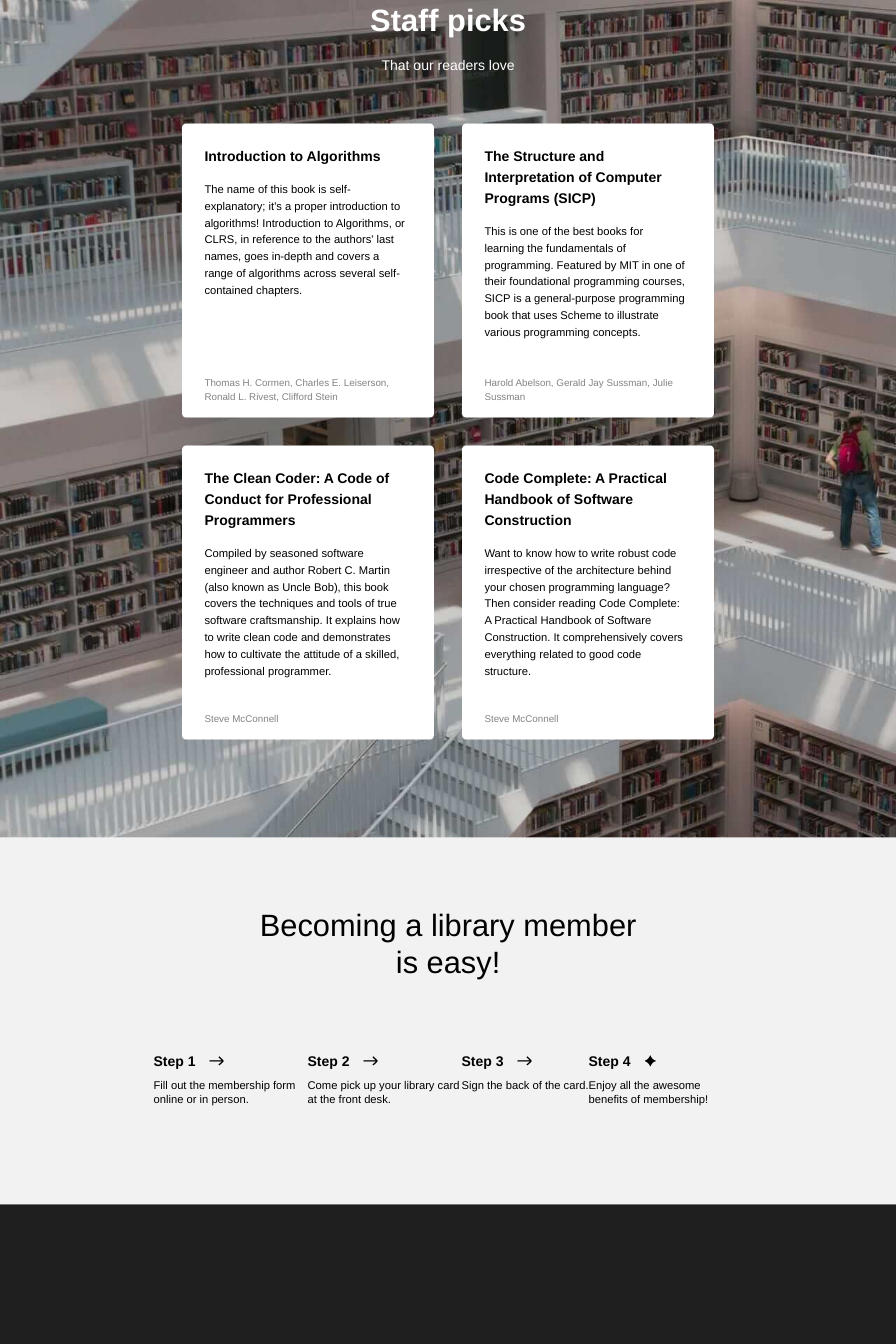
Repository: MWilliams-26/se_project_library
Page: index.html
The author's editor kept a copy of each file at every save. The page is drawn from the files as they stood at one save, then again after the next save.
The browser window is 1280 px wide. The pictures show the part of the page from y = 1642 to 3562 px (the page is 3562 px tall), at 70% of full size.

Above is the page before, as saved 2023-04-03 23:22:12.

### index.html
<!DOCTYPE html>
<html lang="en">
  <head>
    <meta charset="UTF-8" />
    <meta name="viewport" content="width=device-width, initial-scale=1.0" />
    <title>Practicum Library</title>
    <link rel="shortcut icon" href="favicon.ico" />
    <link rel="stylesheet" href="./styles/normalize.css" />
    <link rel="stylesheet" href="./styles/style.css" />
  </head>

  <body>
    <!-- Wrap the entire page content in a new div with the page class. Remember to add the closing tag -->
    <div class="page">
      <header class="header">
        <nav class="nav">
          <img
            src="./images/logo.png"
            alt="Practicum Library Logo"
            class="logo"
          />
          <!-- Putting navigation links in a list is supposed to be the best practice of writing the semantic code since it allows screen readers to pause between each link instead of reading all the links as a sentence. -->
          <ul class="nav__links">
            <li>
              <a class="nav__link">Staff picks</a>
            </li>
            <li>
              <a class="nav__link">Events</a>
            </li>
            <li>
              <a class="nav__link">Become a member</a>
            </li>
            <li>
              <a class="nav__link">About</a>
            </li>
            <li>
              <a class="nav__link">Contacts</a>
            </li>
          </ul>
        </nav>
        <h1 class="header__title">Welcome to the Practicum Library</h1>
        <p class="header__description">
          We're pleased to open our library doors to everyone! Come and expand
          your development knowledge, or just use this lovely spot to work or
          study. This is a cool place for cool students!
        </p>
        <!-- ----------------------------------------------------------------- -->
        <!--               Don't uncomment until project stage 2               -->
        <!-- ----------------------------------------------------------------- -->
        <img
          src="./images/inside_the_library.png"
          alt="Illustration 'Inside the library'"
          class="header__image"
        />
        <div class="header__footer">
          <a class="header__link">About the library &darr;</a>
          <p class="header__address">
            200 Success Avenue, The Town of Practicum
          </p>
        </div>
      </header>

      <main class="content">
        <section class="events">
          <div class="events__content">
            <h2 class="events__heading">Upcoming events:</h2>
            <h3 class="events__title">
              In honor of Joan Feynman: Women in astrophysics
            </h3>
            <div class="event-info events__info-section">
              <div class="event-info__item">
                <div
                  class="event-info__icon event-info__icon_type_calendar"
                ></div>
                <p class="event-info__text">Mon, January 12</p>
              </div>
              <div class="event-info__item">
                <div class="event-info__icon event-info__icon_type_pin"></div>
                <p class="event-info__text">
                  Practicum Library Conference Hall & Online
                </p>
              </div>
            </div>
            <p class="events__description">
              At this event, which celebrates the library's namesake, our guest
              lecturer will take us on a journey exploring some of the most
              prominent female researchers in the world of space science. It's
              easy to buy into the misconception that this field was mostly
              dominated by men, but our lecture aims to change that notion and
              prove that this hasn't been the case since at least the 18th
              century.
            </p>
            <a href="#" class="events__more">More events &rarr;</a>
          </div>
          <div class="events__cover">
            <img
              class="events__image"
              src="images/cafe.png"
              alt="events image"
            />
            <div class="person person_name_feynman">
              <p class="person__caption">Joann Feynman</p>
              <img
                class="person__image person__image_size_l"
                src="images/person_feynman.png"
                alt="Joann Feyman"
              />
            </div>
            <div class="person person_name_burbidge">
              <p class="person__caption">Margaret Burbidge</p>
              <img
                class="person__image person__image_size_m"
                src="images/person_burbidge.png"
                alt="Margaret Burbidge"
              />
            </div>
            <div class="person person_name_cannon">
              <img
                class="person__image person__image_size_m"
                src="images/person_cannon.png"
                alt="Annie Jump Cannon"
              />
              <p class="person__caption">Annie Jump Cannon</p>
            </div>
            <div class="person person_name_burbidge">
              <p class="person__caption">Margaret Burbidge</p>
              <img
                class="person__image person__image_size_m"
                src="images/person_burbidge.png"
                alt="Margaret Burbidge"
              />
            </div>
            <div class="person person_name_mitchell">
              <img
                class="person__image person__image_size_s"
                src="images/person_mitchell.png"
                alt="Maria Mitchell"
              />
              <p class="person__caption">Maria Mitchell</p>
            </div>
            <div class="person person_name_tarter">
              <p class="person__caption">Jill Tarter</p>
              <img
                class="person__image person__image_size_m"
                src="images/person_tarter.png"
                alt="Jill Tarter"
              />
            </div>
          </div>
        </section>

        <section class="staff">
          <!-- --------------------------------------------------------------- -->
          <!--        Don't uncomment until the final project stage            -->
          <!-- --------------------------------------------------------------- -->
          <h2 class="staff__title">Staff picks</h2>
          <p class="staff__subtitle">That our readers love</p>
          <ul class="staff__picks">
            <li class="card">
              <div class="card__content">
                <h3 class="card__title">Introduction to Algorithms</h3>
                <p class="card__text">
                  The name of this book is self-explanatory; it's a proper
                  introduction to algorithms! Introduction to Algorithms, or
                  CLRS, in reference to the authors' last names, goes in-depth
                  and covers a range of algorithms across several self-contained
                  chapters.
                </p>
                <p class="card__footer">
                  Thomas H. Cormen, Charles E. Leiserson, Ronald L. Rivest,
                  Clifford Stein
                </p>
              </div>
            </li>

            <li class="card">
              <div class="card__content">
                <h3 class="card__title">
                  The Structure and Interpretation of Computer Programs (SICP)
                </h3>
                <p class="card__text">
                  This is one of the best books for learning the fundamentals of
                  programming. Featured by MIT in one of their foundational
                  programming courses, SICP is a general-purpose programming
                  book that uses Scheme to illustrate various programming
                  concepts.
                </p>
                <p class="card__footer">
                  Harold Abelson, Gerald Jay Sussman, Julie Sussman
                </p>
              </div>
            </li>

            <li class="card">
              <div class="card__content">
                <h3 class="card__title">
                  The Clean Coder: A Code of Conduct for Professional
                  Programmers
                </h3>
                <p class="card__text">
                  Compiled by seasoned software engineer and author Robert C.
                  Martin (also known as Uncle Bob), this book covers the
                  techniques and tools of true software craftsmanship. It
                  explains how to write clean code and demonstrates how to
                  cultivate the attitude of a skilled, professional programmer.
                </p>
                <p class="card__footer">Steve McConnell</p>
              </div>
            </li>

            <li class="card">
              <div class="card__content">
                <h3 class="card__title">
                  Code Complete: A Practical Handbook of Software Construction
                </h3>
                <p class="card__text">
                  Want to know how to write robust code irrespective of the
                  architecture behind your chosen programming language? Then
                  consider reading Code Complete: A Practical Handbook of
                  Software Construction. It comprehensively covers everything
                  related to good code structure.
                </p>
                <p class="card__footer">Steve McConnell</p>
              </div>
            </li>
          </ul>
        </section>

        <section class="membership">
          <!-- --------------------------------------------------------------- -->
          <!--         Don't uncomment until the final project stage           -->
          <!-- --------------------------------------------------------------- -->
          <h2 class="membership__title">Becoming a library member is easy!</h2>
          <ul class="membership__steps">
            <li class="step">
              <h3 class="step__title">
                Step 1
                <img
                  src="./images/icon_step_forward.svg"
                  alt="icon forward"
                  class="step__icon"
                />
              </h3>
              <p class="step__description">
                Fill out the membership form online or in person.
              </p>
            </li>
            <li class="step">
              <h3 class="step__title">
                Step 2
                <img
                  src="./images/icon_step_forward.svg"
                  alt="icon forward"
                  class="step__icon"
                />
              </h3>
              <p class="step__description">
                Come pick up your library card at the front desk.
              </p>
            </li>
            <li class="step">
              <h3 class="step__title">
                Step 3
                <img
                  src="./images/icon_step_forward.svg"
                  alt="icon forward"
                  class="step__icon"
                />
              </h3>
              <p class="step__description">Sign the back of the card.</p>
            </li>
            <li class="step">
              <h3 class="step__title">
                Step 4
                <img
                  src="./images/icon_step_finish.svg"
                  alt="icon finish"
                  class="step__icon"
                />
              </h3>
              <p class="step__description">
                Enjoy all the awesome benefits of membership!
              </p>
            </li>
          </ul>
        </section>

        <section class="about">
          <!-- --------------------------------------------------------------- -->
          <!--          Don't uncomment until the final project stage          -->
          <!-- --------------------------------------------------------------- -->
          <!--<h2 class="about__title">About the library</h2>
        <div class="about__content">
          <p class="about__paragraph">
            Libraries are essential establishments in practically every city,
            and Practicum's library is no exception. It first opened its doors
            way back in 2018, right as our humble town began bidding welcome to
            its very first citizens!
          </p>
          <p class="about__paragraph">
            Since its initial opening, the library has seen nearly 342 visitors
            each month. That's almost 50% of our population! So far, most
            citizens have enjoyed reading books and making use of our ample
            online resources.
          </p>
          <p class="about__paragraph">
            The library gets its name from Joan Feynman, an American
            astrophysicist and the first woman to be elected as an officer of
            the American Geophysical Union.
          </p>
        </div>
        <div class="about__circle"></div> -->
        </section>
      </main>
      <footer class="footer">
        <!-- ----------------------------------------------------------------- -->
        <!--          Don't uncomment until the final project stage            -->
        <!-- ----------------------------------------------------------------- -->
      </footer>
    </div>
  </body>
</html>

### styles/style.css
.page {
  /* Add page class properties here */
  min-width: 1100px;
  max-width: 1600px;
  margin: 0 auto;
  font-family: Helvetica Neue, Arial, sans-serif;
  font-size: 16px;
  line-height: 20px;
}

.header {
  height: 100vh;
  min-height: 720px;
  max-height: 800px;
  padding: 30px 80px 0;
  position: relative;
  box-sizing: border-box;
}

.nav {
  /* Add flex properties here */
  display: flex;
  justify-content: space-between;
  align-items: stretch;
  flex-flow: row wrap;
  margin-top: 8px;
}

.logo {
  width: 196px;
  height: 60px;
}

.nav__links {
  /* Reset default list styles here */
  margin: 0 0 0;
  display: flex;
  column-gap: 20px;
  list-style: none;
}

.nav__link {
  color: #000000;
  text-decoration: none;
  font-weight: bold;
}

.header__title {
  font-size: 66px;
  line-height: 76px;
  font-weight: 500;
  max-width: 544px;
  margin-top: 150px;
  margin-bottom: 32px;
}

.header__description {
  font-size: 20px;
  line-height: 30px;
  max-width: 532px;
}

.header__image {
  position: absolute;
  max-width: 636px;
  top: 135px;
  right: 20px;
  z-index: 1;
}

.header__footer {
  position: absolute;
  left: 0;
  bottom: 40px;
  width: 100%;
  display: flex;
  align-items: center;
  padding: 40px 80px 0;
  justify-content: space-between;
  box-sizing: border-box;
}

.header__link {
  color: #2f80ed;
  text-decoration: none;
}

.header__address {
  margin: 0;
  color: #838383;
}

.events {
  padding: 100px 0 120px 80px;
  display: flex;
  align-items: start;
  justify-content: space-between;
  box-sizing: border-box;
  background-color: #f2f2f2;
}
.events__content {
  flex-basis: 580px;
}

.events__heading {
  font-size: 20px;
  font-weight: 500;
  line-height: 30px;
  margin: 0;
}

.events__title {
  font-size: 44px;
  font-weight: 500;
  line-height: 52px;
  margin: 32px 0 0;
}

.events__info-section {
  margin-top: 32px;
}

.event-info__item {
  display: flex;
  align-items: center;
  margin-bottom: 4px;
  font-weight: 500;
}

.event-info__icon {
  background-repeat: no-repeat;
  background-position: center;
  margin-right: 12px;
  width: 24px;
  height: 24px;
}

.event-info__icon_type_calendar {
  background-image: url(../images/icon_calendar.svg);
}

.event-info__icon_type_pin {
  background-image: url(../images/icon_pin.svg);
}

.event-info__text {
  font-size: 20px;
  font-weight: 500;
  line-height: 30px;
  margin: 0;
}

.events__description {
  margin: 40px 0 60px;
}

.events__more {
  color: #2f80ed;
  text-decoration: none;
}

.events__cover {
  flex-grow: 1;
  flex-shrink: 0;
  flex-basis: 780px;
  max-width: 780px;
  position: relative;
}

.events__image {
  max-width: 100%;
}

.person {
  position: absolute;
  display: flex;
  align-items: center;
  flex-direction: column;
  gap: 10px;
}

.person_name_feynman {
  position: absolute;
  top: -30px;
  left: 319px;
}

.person_name_burbidge {
  top: 96px;
  right: 125px;
}

.person_name_cannon {
  bottom: 18px;
  right: 216px;
}

.person_name_mitchell {
  bottom: 82px;
  left: 142px;
}

.person_name_tarter {
  top: 79px;
  left: 159px;
}

.person__image {
  max-width: 100%;
}

.person__image_size_l {
  width: 140px;
}

.person__image_size_m {
  width: 100px;
}

.person__image_size_s {
  width: 80px;
}

.person__caption {
  text-align: center;
  font-size: 14px;
  margin: 0;
}
.staff {
  padding: 100px 0 140px;
  background-image: url(../images/staff_picks_background.jpg);
}

.staff__title {
  text-align: center;
  font-size: 44px;
  line-height: 52px;
  margin: 0 0 24px;
  color: #ffffff;
}

.staff__subtitle {
  text-align: center;
  font-size: 20px;
  line-height: 30px;
  font-weight: 400;
  margin: 0;
  color: #ffffff;
}

.staff__picks {
  max-width: 760px;
  margin: auto;
  margin-top: 68px;
  display: flex;
  flex-wrap: wrap;
  justify-content: center;
  gap: 40px;
  list-style-type: none;
  padding: 0;
}

/* Add the CSS rule for your new class here. Make sure to place it before .card: parents should precede their children */

.card {
  background-color: #fff;
  border-radius: 6px;
  padding: 32px 40px 20px 32px;
  box-sizing: border-box;
  width: 360px;
  height: 420px;
}

.card__content {
  width: 100%;
  height: 100%;
  display: flex;
  flex-direction: column;
}

.card__title {
  font-size: 20px;
  line-height: 30px;
  font-weight: 700;
  margin: 0;
}

.card__text {
  margin: 20px 0 0;
  font-size: 16px;
  line-height: 24px;
}

.card__footer {
  margin: 0;
  font-size: 14px;
  line-height: 20px;
  color: #838383;
  margin-top: auto;
}

.membership {
  padding: 100px 0 140px;
  background-color: #f2f2f2;
}

.membership__title {
  max-width: 574px;
  margin: 0 auto;
  text-align: center;
  font-size: 44px;
  font-weight: 500;
  line-height: 52px;
}

.membership__steps {
  list-style-type: none;
  padding: 0;
  margin: 100px 0 0;
  display: flex;
  justify-content: center;
  flex-basis: 220px;
  /* Add styles */
}

.step {
  display: wrap;
  gap: 40px;
  max-width: 220px;

  /* Add styles */
}

.step__title {
  margin: 0;
  font-size: 20px;
  line-height: 30px;
  font-weight: 700;
  display: flex;
  align-items: center;
}

.step__icon {
  margin-left: 20px;
}

.step__description {
  margin: 10px 0 0;
}

.about {
  padding: 100px 80px;
  background-color: #1f1f1f;
  color: #fff;
  overflow: hidden;
  position: relative;
  box-sizing: border-box;
}

.about__title {
  margin: 0;
  font-size: 20px;
  line-height: 30px;
  font-weight: 500;
  z-index: 1;
}

.about__content {
  font-size: 20px;
  line-height: 30px;
  font-weight: 400;
  max-width: 660px;
}

.about__paragraph {
  margin: 0 0 32px;
}

.about__circle {
  background-color: #2f80ed;
  width: 495px;
  height: 495px;
  border-radius: 50%;
}

.footer {
  box-sizing: border-box;
}

.footer__columns {
}

.footer__column_content_hours {
}

.footer__column_content_social {
}

.footer__logo {
}

.footer__list {
  /* The code below removes the default browser styles for lists */
  list-style-type: none;
  padding: 0;
  margin: 0;
}

.footer__list-item {
}

.footer__column-heading {
}

.footer__column-link {
  color: white;
  font-size: 16px;
  line-height: 20px;
  text-decoration: none;
}

.footer__social-icon {
}

.footer__copyright {
}

Loaded but not shown: styles/normalize.css (library)

After the next save:
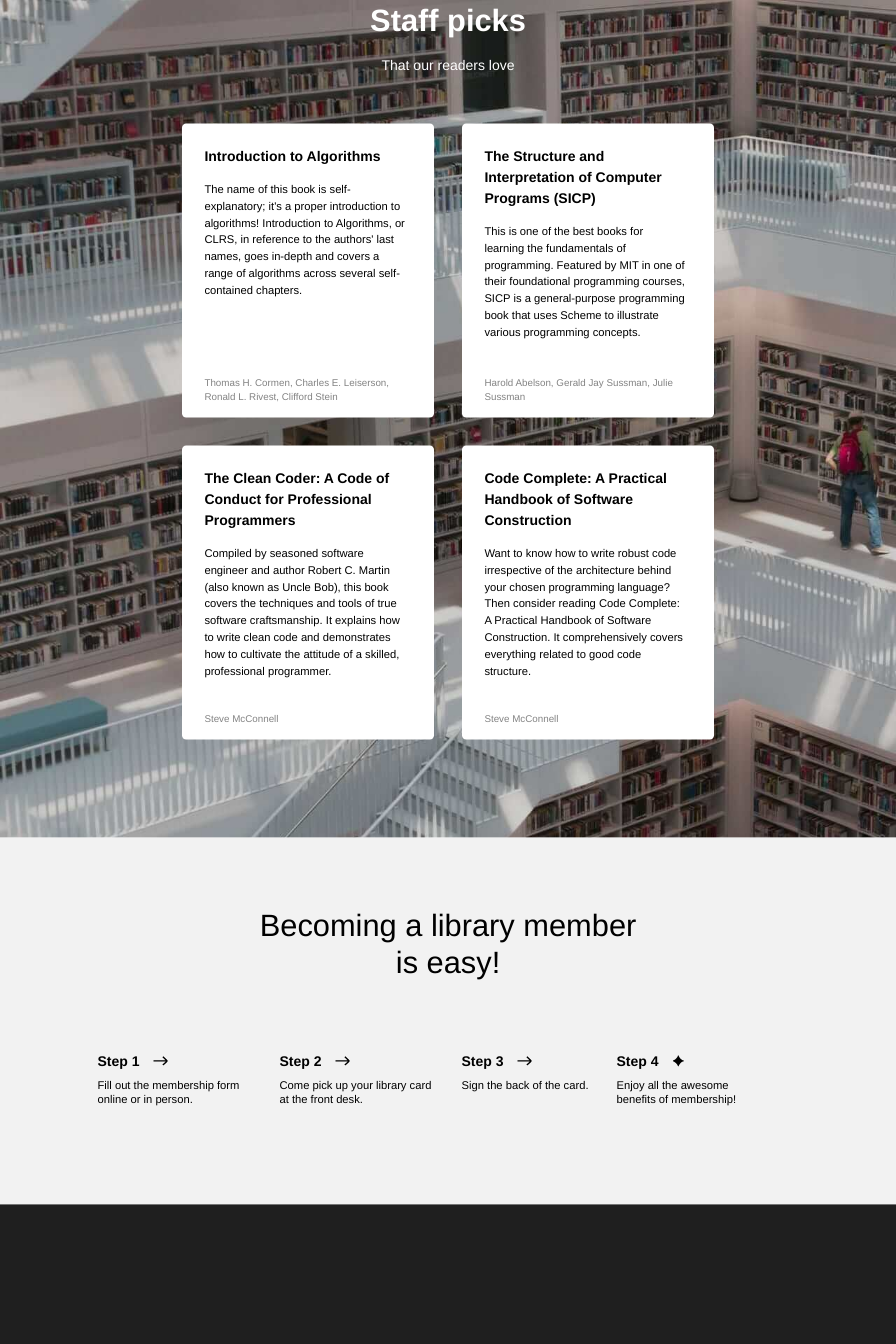
Saved 107 s later.
--- a/styles/style.css
+++ b/styles/style.css
@@ -325,7 +325,7 @@
 
 .step {
   display: wrap;
-  gap: 40px;
+  padding-right: 40px;
   max-width: 220px;
 
   /* Add styles */
